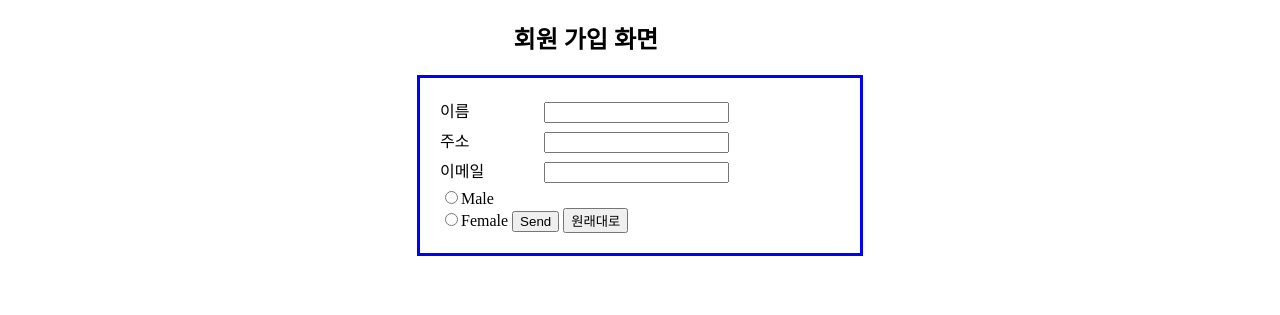
Repository: yul3220/WebProgrammingLecture
Page: webpro/WebContent/2021-01-07/연습문제2.html
The author's editor kept a copy of each file at every save. The page is drawn from the files as they stood at one save, then again after the next save.
The browser window is 1280 px wide. The pictures show the whole page.

Above is the page before, as saved 2021-01-07 11:15:25.

### webpro/WebContent/2021-01-07/연습문제2.html
<!DOCTYPE html>
<html>
<head>
<meta charset="UTF-8">
<title>Insert title here</title>
<style>
label{
	display : inline-block;
	width : 100px;
	height : 30px;
}
form{
	border : 3px solid blue;
	padding : 20px;
	width : 400px;
	margin : auto;
}
h2{
	margin-left : 40%;
}
</style>
</head>
<body>
<h2>회원 가입 화면</h2>
<form>
 	<label>이름</label>
 	<input type="text" name="name"><br>
 	<label>주소</label>
 	<input type="text" name="name"><br>
 	<label>이메일</label>
 	<input type="email" name="email"><br>
 	<input type="radio" name="gender" value="male">Male<br>
 	<input type="radio" name="gender" value="female">Female
 	<input type ="submit" value = "Send">
 	<input type="reset" value="원래대로">
 </form>
</body>
</html>

After the next save:
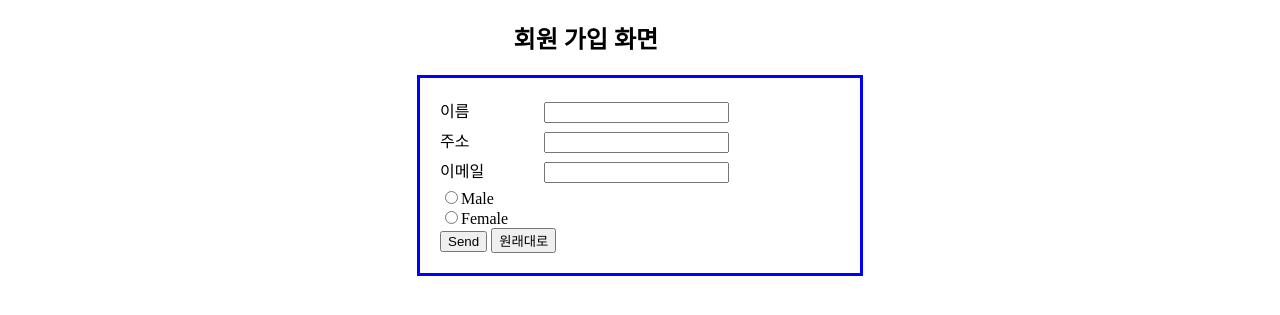
Saved 18 s later.
--- a/webpro/WebContent/2021-01-07/연습문제2.html
+++ b/webpro/WebContent/2021-01-07/연습문제2.html
@@ -30,7 +30,7 @@
  	<label>이메일</label>
  	<input type="email" name="email"><br>
  	<input type="radio" name="gender" value="male">Male<br>
- 	<input type="radio" name="gender" value="female">Female
+ 	<input type="radio" name="gender" value="female">Female<br>
  	<input type ="submit" value = "Send">
  	<input type="reset" value="원래대로">
  </form>
